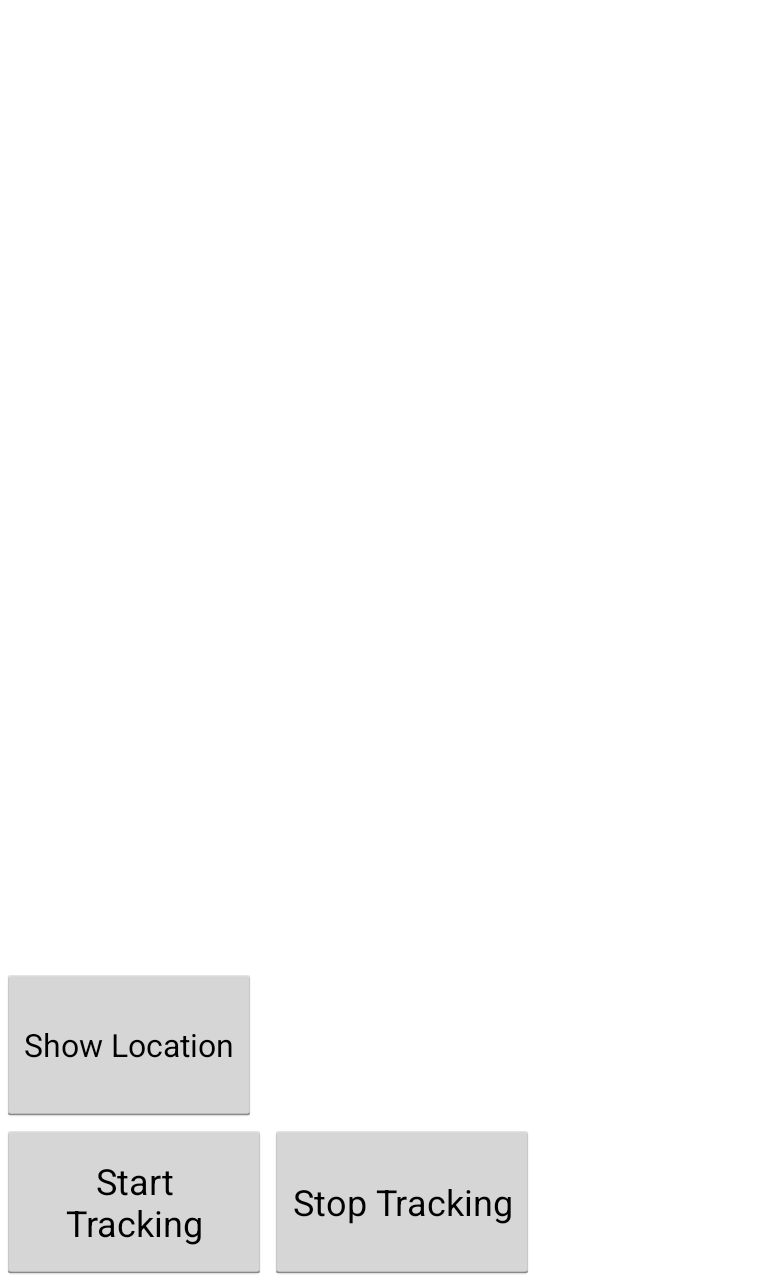
Repository: Jonieye/gps-story
Layout: Workspace/com.joni.android.first/res/layout/activity_main.xml
An editor plug-in stored every save of this project. The layout is shown before and after the next save, followed by the edit.
It is drawn on a 768 x 1280 px phone screen (xhdpi) without system bars, with theme AppTheme; the app's code is not run.

Above is the layout before, as saved 2014-10-18 11:58:56.

After the next save:
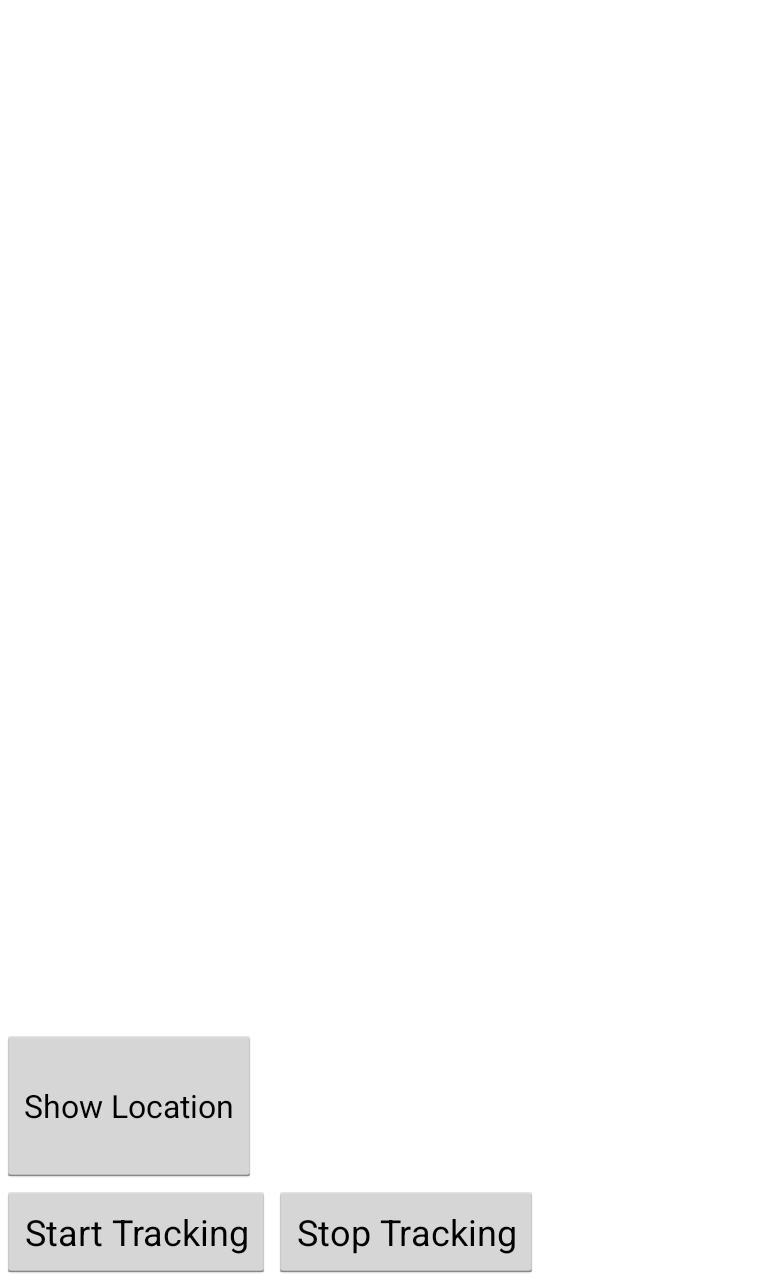
Saved 64 s later.
--- a/Workspace/com.joni.android.first/res/layout/activity_main.xml
+++ b/Workspace/com.joni.android.first/res/layout/activity_main.xml
@@ -9,14 +9,6 @@
         android:layout_height="fill_parent"
         android:layout_weight="0.85"
         android:text="" />
-
-    <LinearLayout
-        android:layout_width="wrap_content"
-        android:layout_height="wrap_content"
-        android:layout_gravity="bottom|center" >
-
-
-    </LinearLayout>
 
     <LinearLayout
         android:layout_width="wrap_content"
@@ -36,15 +28,15 @@
 
             <Button
                 android:id="@+id/startLocation"
-                android:layout_width="134dp"
-                android:layout_height="79dp"
+                android:layout_width="wrap_content"
+                android:layout_height="wrap_content"
                 android:minWidth="50dip"
                 android:text="Start Tracking" />
 
             <Button
                 android:id="@+id/stopLocation"
                 android:layout_width="wrap_content"
-                android:layout_height="match_parent"
+                android:layout_height="wrap_content"
                 android:text="Stop Tracking" />
         </LinearLayout>
     </LinearLayout>
